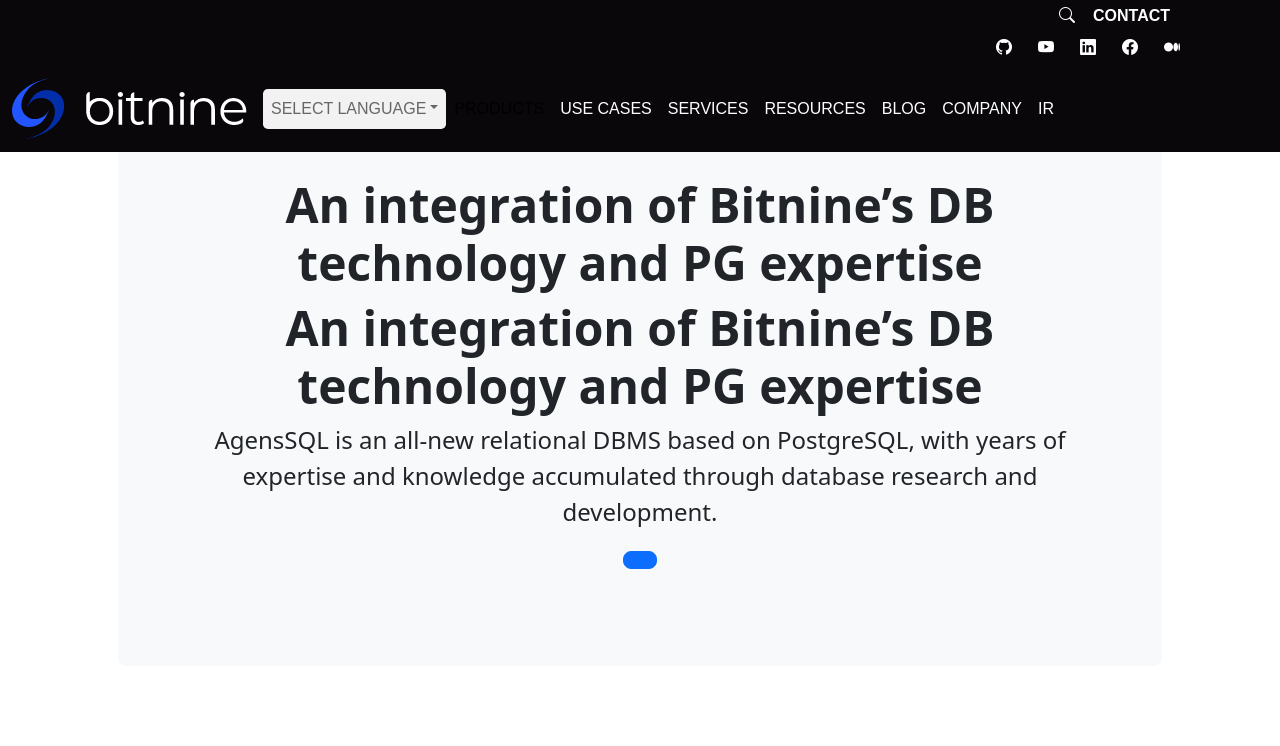
Repository: devblackie/signinpage
Page: /
An editor plug-in stored every save of this project. The page is shown before and after the next save, followed by the edit.
The browser window is 1280 px wide. The pictures show the whole page.
Some web fonts or font styles are not loaded; a fallback is used. The project was rebuilt for these pictures with package versions that can differ from the ones it lists, and the page was loaded fresh each time. Also part of the build but not shown: vite.config.js, src/components/Signup.jsx, src/components/Login.jsx, src/components/Dashboard.jsx, src/components/ProtectedDashboard.jsx.

Above is the page before, as saved 2023-08-28 13:29:14.

### index.html
<!doctype html>
<html lang="en">
  <head>
    <meta charset="UTF-8" />
    <link rel="preconnect" href="https://fonts.googleapis.com">
<link rel="preconnect" href="https://fonts.gstatic.com" crossorigin>
<link href="https://fonts.googleapis.com/css2?family=Monda:wght@400;700&display=swap" rel="stylesheet">
    <link rel="stylesheet" href="https://cdn.jsdelivr.net/npm/bootstrap-icons@1.10.5/font/bootstrap-icons.css">
    <link href="https://cdn.jsdelivr.net/npm/bootstrap@5.3.1/dist/css/bootstrap.min.css" rel="stylesheet" integrity="sha384-4bw+/aepP/YC94hEpVNVgiZdgIC5+VKNBQNGCHeKRQN+PtmoHDEXuppvnDJzQIu9" crossorigin="anonymous">
    <meta name="viewport" content="width=device-width, initial-scale=1.0" />
    <title>Bitnine Login</title>
  </head>
  <body>
    <div id="root"></div>
    <script type="module" src="/src/main.jsx"></script>
    <script src="https://cdn.jsdelivr.net/npm/bootstrap@5.3.1/dist/js/bootstrap.bundle.min.js" integrity="sha384-HwwvtgBNo3bZJJLYd8oVXjrBZt8cqVSpeBNS5n7C8IVInixGAoxmnlMuBnhbgrkm" crossorigin="anonymous"></script>
  </body>
</html>

### src/App.jsx
import React, { useState } from "react";
import { BrowserRouter as Router, Route, Routes } from "react-router-dom";
import Signup from "./components/Signup";
import Login from "./components/Login";
import Dashboard from "./components/Dashboard";
import Home from "./components/Home";
import ProtectedDashboard from "./components/ProtectedDashboard";
import "./App.css";

const App = () => {
  const [isAuthenticated, setIsAuthenticated] = useState(false);

  const handleLogin = () => {
    setIsAuthenticated(true);
  };

  return (
    <Router>
      <Routes>
        <Route
          path="/dbo"
          element={
            <div>
              <Signup handleLogin={handleLogin} />
              {/* <Login handleLogin={handleLogin} /> */}
            </div>
          }
        />
        <Route
          path="/dashboard"
          // element={<ProtectedDashboard isAuthenticated={isAuthenticated} />}
          element={<Dashboard />}
        />
        <Route
          path="/"
          // element={<ProtectedDashboard isAuthenticated={isAuthenticated} />}
          element={<Home />}
        />
      </Routes>
    </Router>
  );
};

export default App;

### src/components/Home.jsx
import React from "react";
import Header from "./Header";

export default function Home() {
  return (
    <>
      <Header />
      <header className="py-5">
        <div className="container px-lg-5">
          <div className="p-4 p-lg-5 bg-light rounded-3 text-center">
            <div className="m-4 m-lg-5">
              <h1 className="display-5 fw-bold"></h1>
              <h1 className="display-5 fw-bold">An integration of Bitnine’s DB technology and PG expertise</h1>
              <h2 className="display-5 fw-bold">An integration of Bitnine’s DB technology and PG expertise</h2>
              <p className="fs-4">AgensSQL is an all-new relational DBMS based on PostgreSQL, with years of expertise
and knowledge accumulated through database research and development.</p>
              <p className="fs-4"></p>
              <p className="fs-4"></p>
              <a href="" className="btn btn-primary btn-lg"></a>
            </div>
          </div>
        </div>
      </header>
    </>
  );
}

### src/App.css
#root {
  max-width: 1280px;
  margin: 0 auto;
  padding: 2rem;
  text-align: center;
}
.btn1{background-color:#022ea9;
  color:#fff;
  outline:none;
  border:none;}
  .btn1:hover{
    color:orange;
    background-color:#022ea9;
  }


@media (prefers-reduced-motion: no-preference) {
  a:nth-of-type(2) .logo {
    animation: logo-spin infinite 20s linear;
  }
}

.card {
  padding: 2em;
}

.read-the-docs {
  color: #888;
}

### src/components/signup.css
form .error {
  color: red;
  font-size: 12px;
}
.form-container {
  background-image: url("../assets/map2.png");
  background-size: cover;
  background-repeat: no-repeat;
  font-family: "Monda", sans-serif;
  margin-top: 6em;
}
form {
  background-color: #f2f2f2;
  max-width: 300px;
  margin: 0 auto;
  padding: 20px;
  border: 1px solid #ccc;
  border-radius: 5px;
  box-shadow: 0 2px 4px rgba(0, 0, 0, 0.1);
}
form input {
  margin-bottom: 10px;
  padding: 8px;
  border: none;
  border-bottom: 1px solid #09070a;
  /* border-radius: 3px; */
  background-color: transparent;
}
input:focus,
input:focus-visible {
  outline: none;
  background-color: inherit;
}
form button {
  background-color: #022ea9;
  color: #fff;
  outline: none;
  border: none;
  border-radius: 8px;
  padding: 6px;
}
button:hover {
  color: orange;
  background-color: #022ea9;
}

### src/components/Header.jsx
import React from "react";
import "./style/navbar.css";
import Logo from "../assets/bitnine-logo_.png";

export default function Header() {
  return (
    <>
      <div className="fixed-top header">
        <header class="topbar">
          <div class="container">
            <div class="row">
              {/* <!-- social icon--> */}
              <div class="col-sm-12">
                <ul class="social-network">
                  <div className="hovver">
                    <li>
                      <a class="waves-effect waves-dark" id="hovver" href="#">
                        <i class="bi bi-search"></i>
                      </a>
                    </li>
                    <li>
                      <a
                        class="waves-effect waves-dark tact"
                        id="hovver"
                        href="#"
                      >
                        contact
                      </a>
                    </li>
                  </div>

                  <li>
                    <a class="waves-effect waves-dark" href="#">
                      <i class="bi bi-github"></i>
                    </a>
                  </li>
                  <li>
                    <a class="waves-effect waves-dark" href="#">
                      <i class="bi bi-youtube"></i>
                    </a>
                  </li>
                  <li>
                    <a class="waves-effect waves-dark" href="#">
                      <i class="bi bi-linkedin"></i>
                    </a>
                  </li>
                  <li>
                    <a class="waves-effect waves-dark" href="#">
                      <i class="bi bi-facebook"></i>
                    </a>
                  </li>
                  <li>
                    <a class="waves-effect waves-dark" href="#">
                      <i class="bi bi-medium"></i>
                    </a>
                  </li>
                </ul>
              </div>
            </div>
          </div>
        </header>
        <nav className="navbar navbar-expand-lg">
          <div className="container-fluid">
            <a className="navbar-brand" href="#">
              <img src={`${Logo}`} alt="logo" />
            </a>

            <div
              className="collapse navbar-collapse"
              id="navbarSupportedContent"
            >
              <ul className="navbar-nav me-auto mb-2 mb-lg-0">
                <li className="nav-item dropdown">
                  <a
                    className="nav-link dropdown-toggle color-tertiary"
                    href="#"
                    role="button"
                    data-bs-toggle="dropdown"
                    aria-expanded="false"
                  >
                    Select Language
                  </a>
                  <ul className="dropdown-menu">
                    <li>
                      <a className="dropdown-item" href="#">
                        English
                      </a>
                    </li>
                    <li>
                      <a className="dropdown-item" href="#">
                        한국
                      </a>
                    </li>
                  </ul>
                </li>
                <li className="nav-item">
                  <a className="nav-link active" aria-current="page" href="#">
                    products
                  </a>
                </li>
                <li className="nav-item">
                  <a className="nav-link" href="#">
                    use cases
                  </a>
                </li>
                <li className="nav-item">
                  <a className="nav-link" href="#">
                    services
                  </a>
                </li>
                <li className="nav-item">
                  <a className="nav-link" href="#">
                    resources
                  </a>
                </li>
                <li className="nav-item">
                  <a className="nav-link" href="#">
                    blog
                  </a>
                </li>
                <li className="nav-item">
                  <a className="nav-link" href="#">
                    company
                  </a>
                </li>
                <li className="nav-item">
                  <a className="nav-link" href="#">
                    ir
                  </a>
                </li>
              </ul>
              <button
                className="navbar-toggler btn-sm btn-outline-primary"
                type="button"
                data-bs-toggle="collapse"
                data-bs-target="#navbarSupportedContent"
                aria-controls="navbarSupportedContent"
                aria-expanded="false"
                aria-label="Toggle navigation"
              >
                <span className="navbar-toggler-icon">TRY FREE</span>
              </button>
            </div>
          </div>
        </nav>
      </div>
    </>
  );
}

### src/components/style/navbar.css
.header {
  background-color: #09070a;
  font-family: "Monda", sans-serif;
}
.nav-item .nav-link {
  color: #fff;
  text-transform: uppercase;
}
.nav-item .active {
  color: #d4c433;
}
.dropdown {
  background-color: #f2f2f2;
  border-radius: 0.3rem;
  .nav-link {
    color: #666666;
  }
}
.topbar {
  padding: 0;
}

.topbar .container .row {
  margin: -7px;
  padding: 0;
}

.topbar .container .row .col-md-12 {
  padding: 0;
}

.topbar p {
  margin: 0;
  display: inline-block;
  font-size: 13px;
  color: #f1f6ff;
}

.topbar p > i {
  margin-right: 5px;
}
.topbar p:last-child {
  text-align: right;
}

header .navbar {
  margin-bottom: 0;
}

.topbar li.topbar {
  display: inline;
  padding-right: 18px;
  line-height: 52px;
  transition: all 0.3s linear;
}

.topbar li.topbar:hover {
  color: #1bbde8;
}

.topbar ul.info i {
  color: #131313;
  font-style: normal;
  margin-right: 8px;
  display: inline-block;
  position: relative;
  top: 4px;
}

.topbar ul.info li {
  float: right;
  padding-left: 30px;
  color: #ffffff;
  font-size: 13px;
  line-height: 44px;
}

.topbar ul.info i span {
  color: #aaa;
  font-size: 13px;
  font-weight: 400;
  line-height: 50px;
  padding-left: 18px;
}

ul.social-network {
  border: none;
  margin: 0;
  padding: 0;
}

ul.social-network li {
  border: none;
  margin: 0;
}
ul.social-network li a {
  text-decoration: none;
  text-transform: uppercase;
}
ul.social-network li a#hovver:hover {
  color: #666666;
  font-weight: 700;
  font-family: "Monda", sans-serif;
}
ul.social-network li a.tact {
  /* color:red; */
  font-weight: 700;
  font-family: "Monda", sans-serif;
  margin-right: 2rem;
  padding-right: 2rem;
}
ul.social-network li i {
  margin: 0;
}

ul.social-network li {
  display: inline;
  margin: 0 5px;
  border: 0px solid #2d2d2d;
  padding: 5px 0 0;
  width: 32px;
  display: inline-block;
  text-align: center;
  height: 32px;
  vertical-align: baseline;
  color: #000;
}

ul.social-network {
  list-style: none;
  margin: 5px 0 10px -25px;
  float: right;
}

.waves-effect {
  position: relative;
  cursor: pointer;
  display: inline-block;
  overflow: hidden;
  -webkit-user-select: none;
  -moz-user-select: none;
  -ms-user-select: none;
  user-select: none;
  -webkit-tap-highlight-color: transparent;
  vertical-align: middle;
  z-index: 1;
  will-change: opacity, transform;
  transition: 0.3s ease-out;
  color: #fff;
}

Loaded but not shown: src/main.jsx (common file)

After the next save:
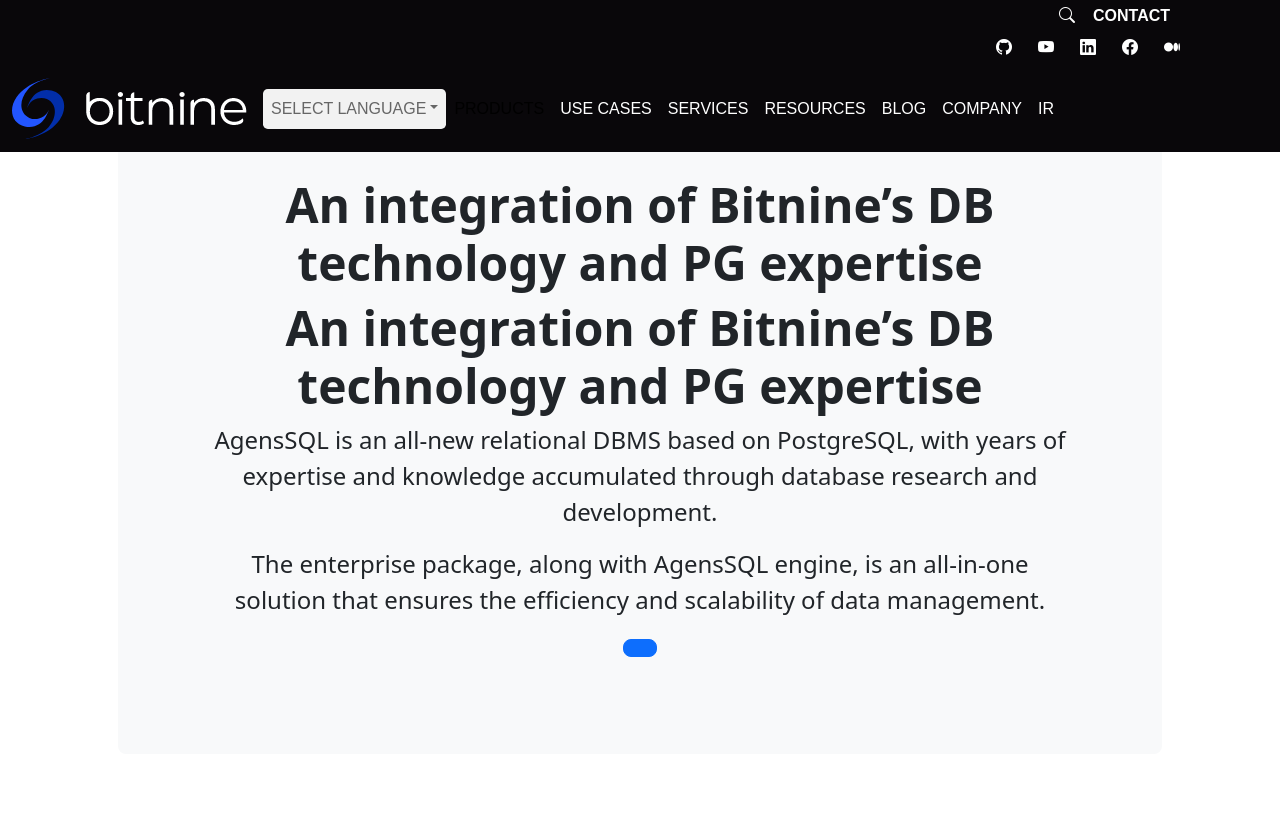
Saved 78 s later.
--- a/src/components/Home.jsx
+++ b/src/components/Home.jsx
@@ -14,7 +14,8 @@
               <h2 className="display-5 fw-bold">An integration of Bitnine’s DB technology and PG expertise</h2>
               <p className="fs-4">AgensSQL is an all-new relational DBMS based on PostgreSQL, with years of expertise
 and knowledge accumulated through database research and development.</p>
-              <p className="fs-4"></p>
+              <p className="fs-4">The enterprise package, along with AgensSQL engine, is an all-in-one solution that ensures
+the efficiency and scalability of data management.</p>
               <p className="fs-4"></p>
               <a href="" className="btn btn-primary btn-lg"></a>
             </div>
